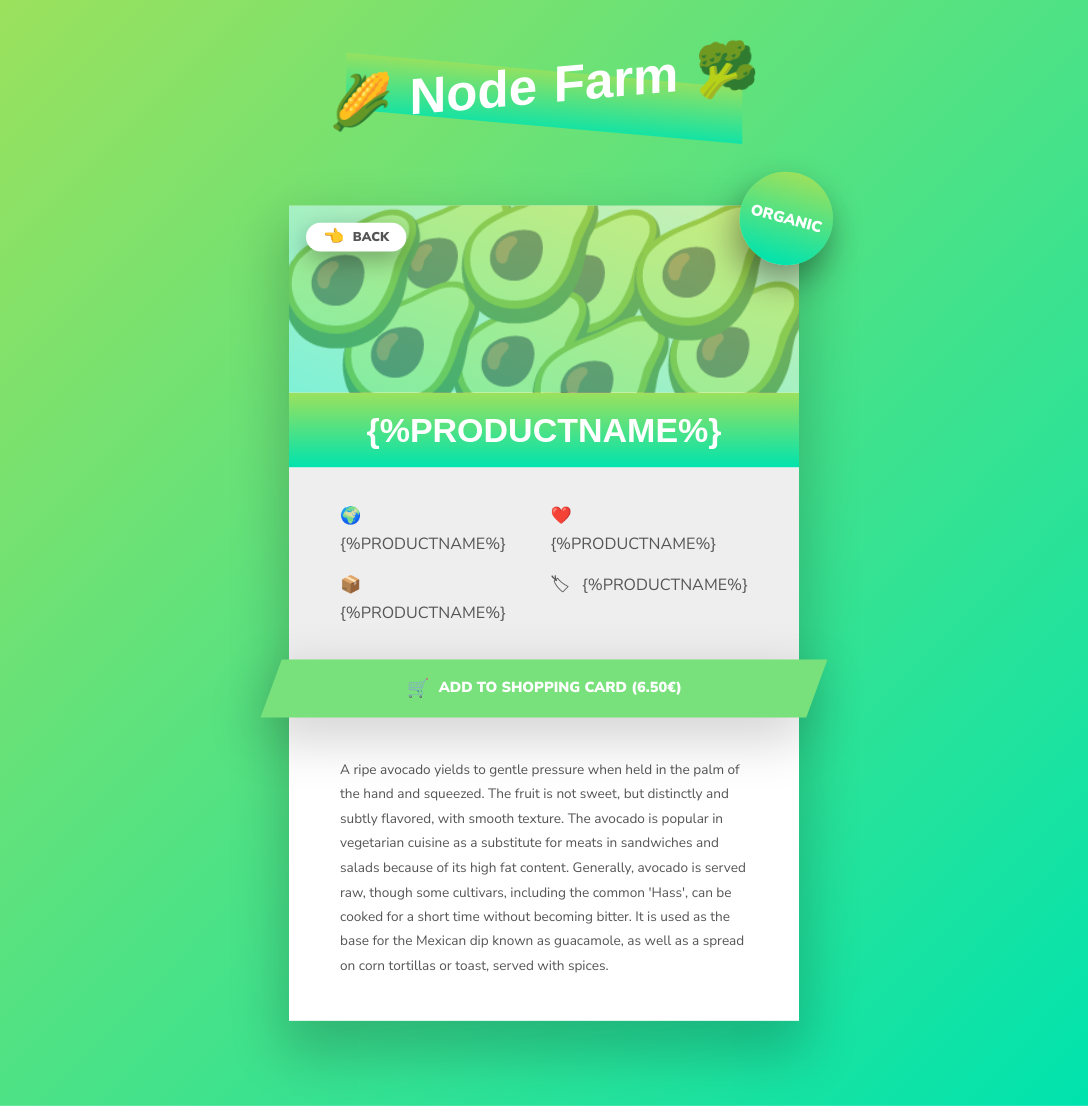
Repository: Tiantian-C/node2
Page: templates/product.html
An editor plug-in stored every save of this project. The page is shown before and after a run of saves, followed by the edit.
The browser window is 1280 px wide. The pictures show the whole page, at 85% of full size.
Some web fonts or font styles are not loaded; a fallback is used.

Above is the page before, as saved 2023-07-15 15:27:25.

After the next 3 saves:
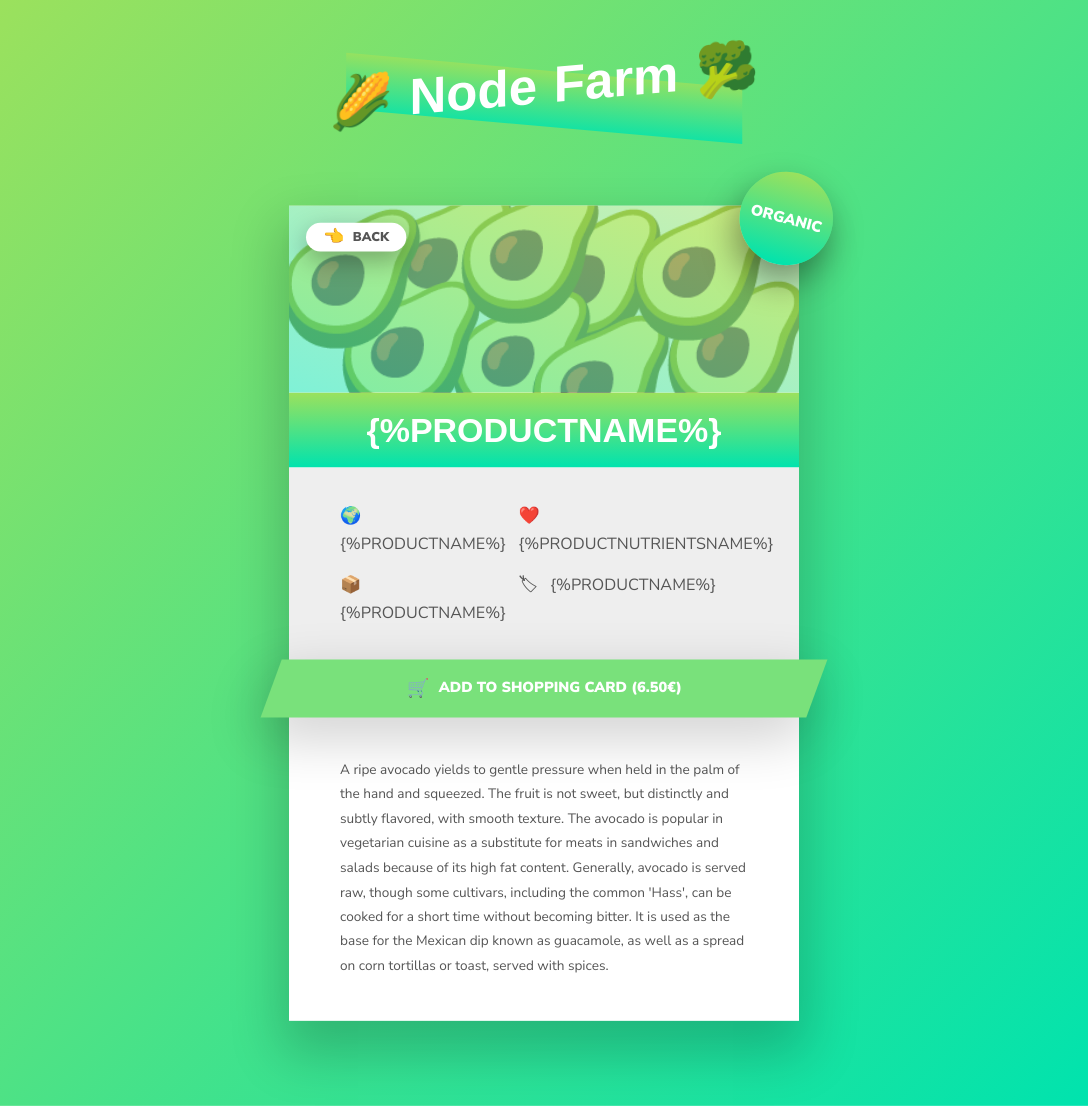
The 3 saves are shown as one change because they came seconds apart.
The last was saved 14 s later.
--- a/templates/product.html
+++ b/templates/product.html
@@ -288,7 +288,7 @@
         <h2 class="product__name">{%PRODUCTNAME%}</h2>
         <div class="product__details">
           <p><span class="emoji-left">🌍</span> {%PRODUCTNAME%}</p>
-          <p><span class="emoji-left">❤️</span> {%PRODUCTNAME%}</p>
+          <p><span class="emoji-left">❤️</span> {%PRODUCTNUTRIENTSNAME%}</p>
           <p><span class="emoji-left">📦</span> {%PRODUCTNAME%}</p>
           <p><span class="emoji-left">🏷</span> {%PRODUCTNAME%}</p>
         </div>
